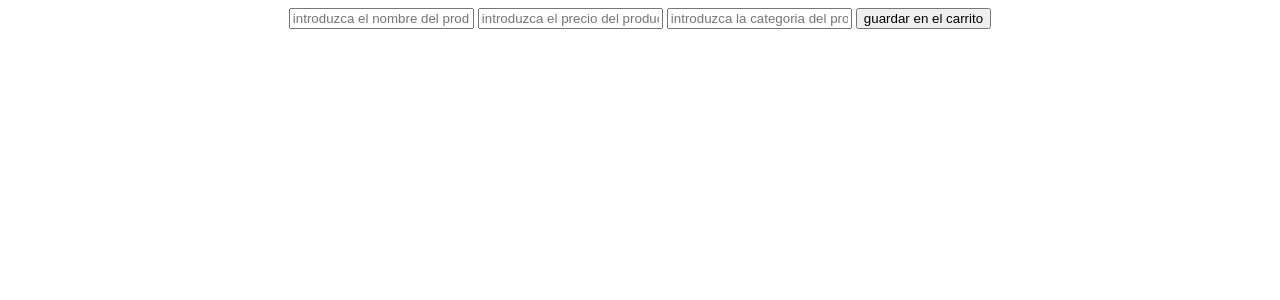
Repository: angegon/Developing-Applications-for-the-Java-EE-Platform
Page: javaee/17_carrito_compra_jsp/WebContent/agregar.html
An editor plug-in stored every save of this project. The page is shown before and after the next save, followed by the edit.
The browser window is 1280 px wide. The pictures show the whole page.

Above is the page before, as saved 2016-12-22 16:59:47.

### javaee/17_carrito_compra_jsp/WebContent/agregar.html
<!DOCTYPE html>
<html>
<head>
<meta charset="ISO-8859-1">
<title>Insert title here</title>
</head>
<body>
	<center>
		<form action="agregar" method="post">
			<input type="text" name="nombre"
				placeholder="introduzca el nombre del producto" /> <input
				type="text" name="precio"
				placeholder="introduzca el precio del producto" /> <input
				type="text" name="categoria"
				placeholder="introduzca la categoria del producto" /> <input
				type="submit" value="guardar en el carrito" />
		</form>
	</center>
</body>
</html>

After the next save:
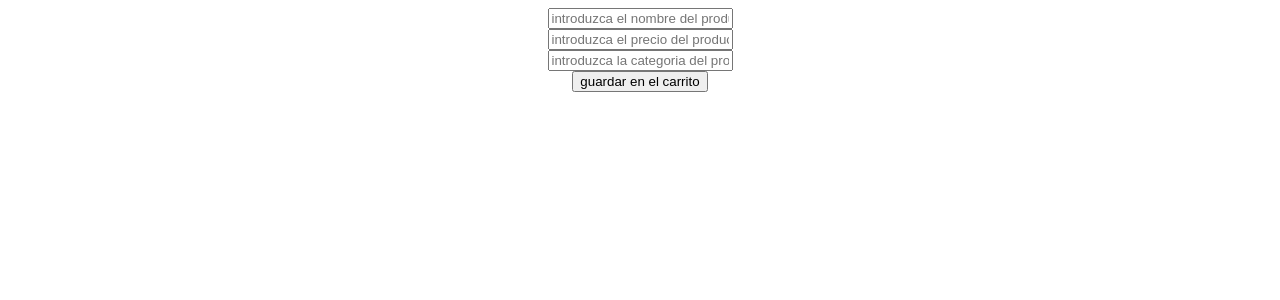
Saved 64 s later.
--- a/javaee/17_carrito_compra_jsp/WebContent/agregar.html
+++ b/javaee/17_carrito_compra_jsp/WebContent/agregar.html
@@ -8,11 +8,11 @@
 	<center>
 		<form action="agregar" method="post">
 			<input type="text" name="nombre"
-				placeholder="introduzca el nombre del producto" /> <input
+				placeholder="introduzca el nombre del producto" /> </br><input
 				type="text" name="precio"
-				placeholder="introduzca el precio del producto" /> <input
+				placeholder="introduzca el precio del producto" /> </br><input
 				type="text" name="categoria"
-				placeholder="introduzca la categoria del producto" /> <input
+				placeholder="introduzca la categoria del producto" /> </br><input
 				type="submit" value="guardar en el carrito" />
 		</form>
 	</center>
